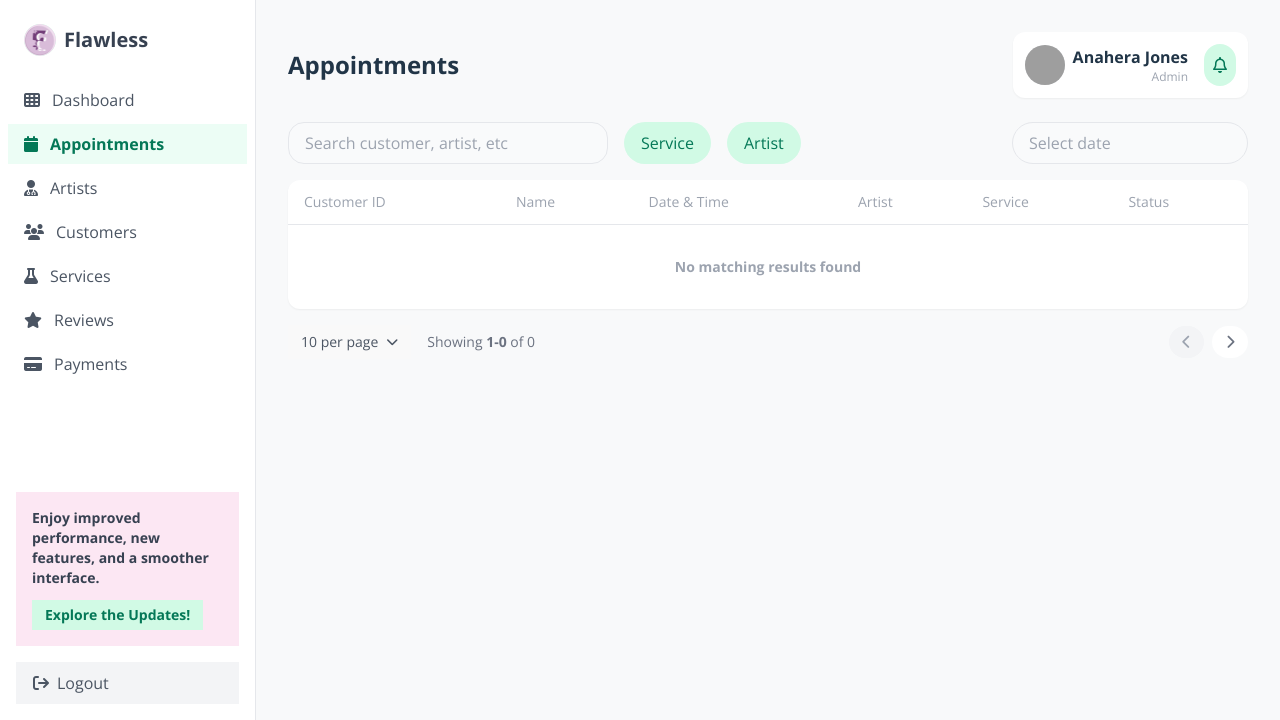
Repository: NguyenNgoQuangHoang/flawless
Page: /appointments
These files come from the project's save history. The page is drawn as it stood at one moment and after the next save; the edit follows.
The browser window is 1280 px wide. The pictures show the whole page.
Pictures or frames that could not be fetched are drawn as grey boxes. The project was rebuilt for these pictures with package versions that can differ from the ones it lists, and the page was loaded fresh each time. Also part of the build but not shown: vite.config.ts, src/components/CustomerTableRow.tsx, src/components/CustomerListTable.tsx, src/pages/CustomerListPage.tsx, src/components/ArtistItem.tsx, src/components/ArtistList.tsx, src/pages/ArtistPage.tsx, src/components/ProductChips.tsx and 14 more.

Above is the page before, as saved 2025-07-13 16:36:53.

After the next save:
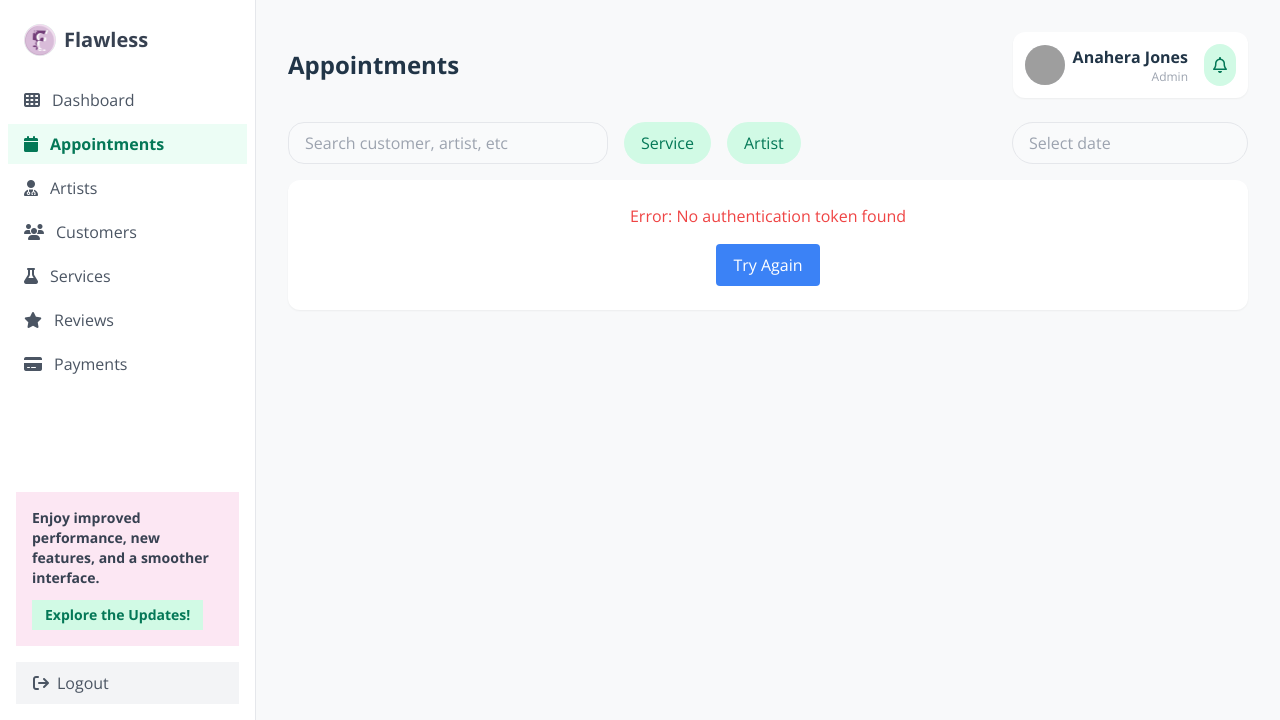
Saved 25 s later.
--- a/src/components/CustomerTable.tsx
+++ b/src/components/CustomerTable.tsx
@@ -60,6 +60,28 @@ export default function CustomerTable() {
 		setCurrentPage(1); // Reset to first page when changing items per page
 	};
 
+	if (loading) {
+		return (
+			<div className="bg-white rounded-xl shadow-sm p-6 text-center">
+				<p className="text-gray-500">Loading appointments...</p>
+			</div>
+		);
+	}
+
+	if (error) {
+		return (
+			<div className="bg-white rounded-xl shadow-sm p-6 text-center">
+				<p className="text-red-500">Error: {error}</p>
+				<button
+					onClick={() => dispatch(fetchAppointments())}
+					className="mt-4 px-4 py-2 bg-blue-500 text-white rounded hover:bg-blue-600"
+				>
+					Try Again
+				</button>
+			</div>
+		);
+	}
+
 	return (
 		<>
 			<div className="bg-white rounded-xl shadow-sm overflow-x-auto w-full max-w-[100vw]">
@@ -81,7 +103,7 @@ export default function CustomerTable() {
 									colSpan={6}
 									className="text-center py-8 text-gray-400 font-semibold"
 								>
-									No matching results found
+									{loading ? "Loading..." : "No matching results found"}
 								</td>
 							</tr>
 						) : (
